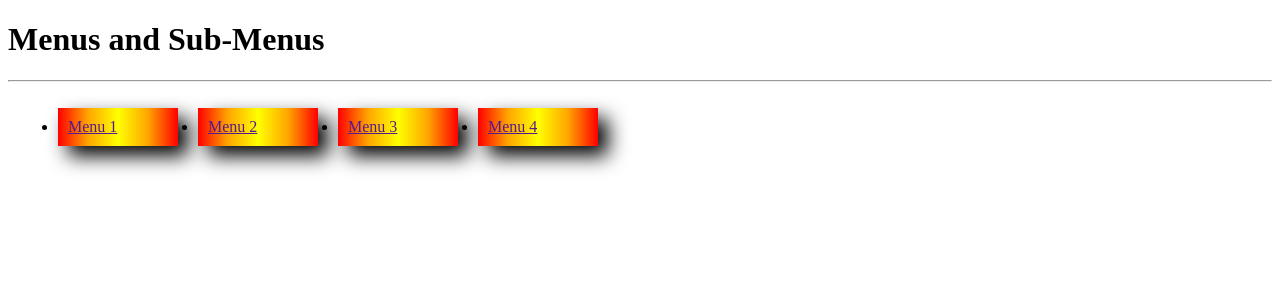
Repository: abhishekj720/HSBCLearn
Page: gagan/JEE/HtmlCssDemo/WebContent/Demos/SubMenus.html
An editor plug-in stored every save of this project. The page is shown before and after the next save, followed by the edit.
The browser window is 1280 px wide. The pictures show the whole page.

Above is the page before, as saved 2019-07-30 05:25:01.

After the next save:
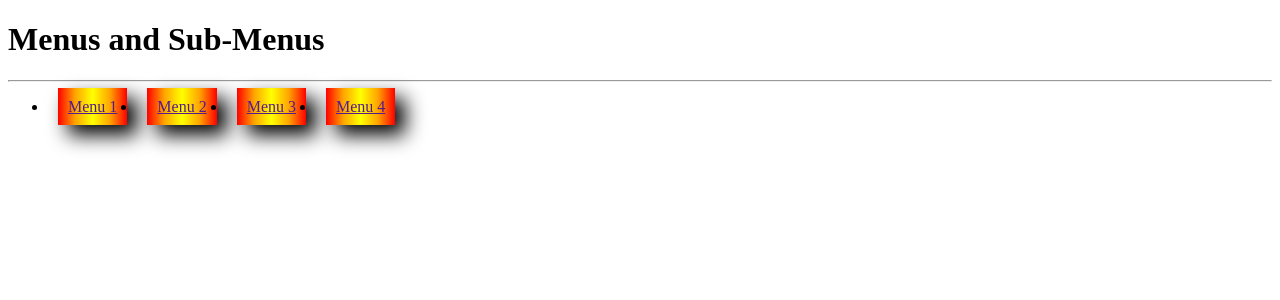
Saved 30 s later.
--- a/gagan/JEE/HtmlCssDemo/WebContent/Demos/SubMenus.html
+++ b/gagan/JEE/HtmlCssDemo/WebContent/Demos/SubMenus.html
@@ -13,7 +13,7 @@
 		padding : 10px;
 	}
 
-	#menu>li{    /*     >li used  */
+	#menu>li a{    /*     >li used  */
 		margin: 10px;
 		width: 100px;
 		padding: 10px;
@@ -24,6 +24,8 @@
 	#menu>li:hover .submenu{
 		display:block;
 	}
+
+
 
 
 </style>
